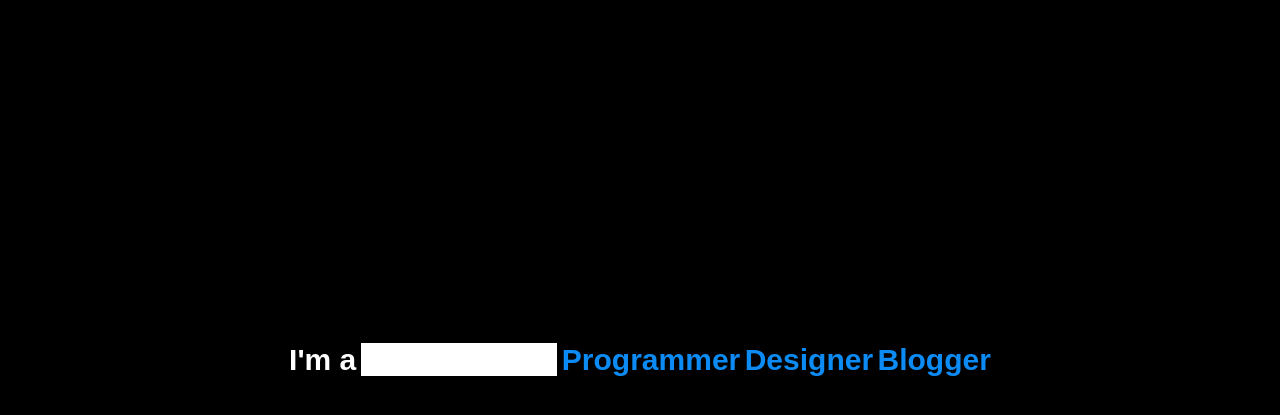
Repository: DevMike1993/Animations_HTML_CSS_JAVASCRIPT
Page: 01_Type_Text_Animation/index.html
The author's editor kept a copy of each file at every save. The page is drawn from the files as they stood at one save, then again after the next save.
The browser window is 1280 px wide. The pictures show the whole page.

Above is the page before, as saved 2023-12-03 17:47:23.

### 01_Type_Text_Animation/index.html
<!DOCTYPE html>
<html lang="en">
<head>
    <meta charset="UTF-8">
    <meta name="viewport" content="width=device-width, initial-scale=1.0">
    <link rel="stylesheet" href="style.css">
    <title>Type Text Animation</title>
</head>
<body>
    <div class="container">
        <span class="text first-text">I'm a</span>
        <span class="text second-text">Photographer</span>
        <span class="text third-text">Programmer</span>
        <span class="text fourth-text">Designer</span>
        <span class="text fifth-text">Blogger</span>
    </div>
</body>
</html>

### 01_Type_Text_Animation/style.css
* {
    margin: 0;
    padding: 0;
    box-sizing: border-box;
    font-family: "Montserrat", sans-serif;
    /* color: rgb(11, 139, 243); */
}

body {
    min-height: 100vh;
    display: flex;
    align-items: center;
    justify-content: center;
    background: #000;
}

.container .text {
    position: relative;
    color: rgb(11, 139, 243);
    font-size: 30px;
    font-weight: 600;
}

.container .text.first-text {
    color: #fff;
}

.text.second-text:before {
    content: "";
    position: absolute;
    top: 0;
    left: 0;
    height: 100%;
    width: 100%;
    background-color: #fff
    ;
}

After the next save:
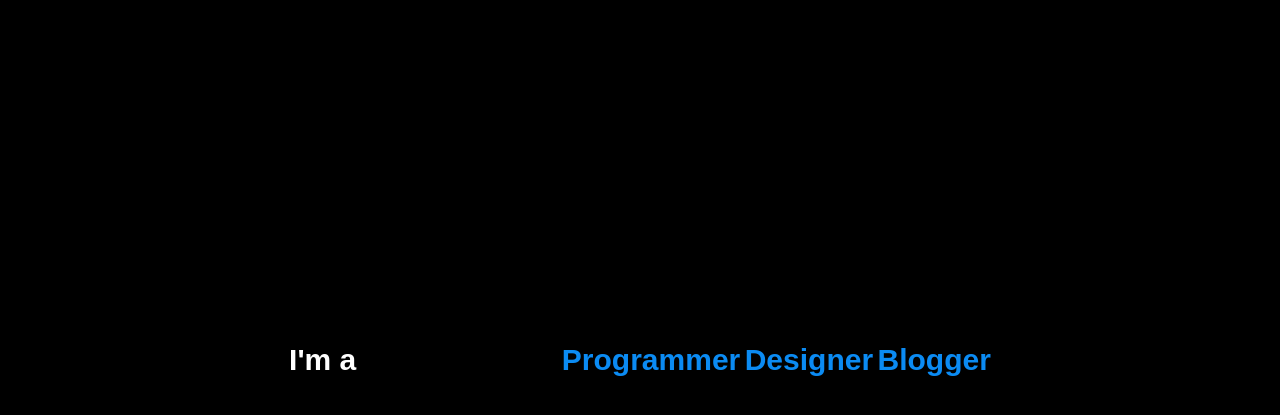
Saved 6 s later.
--- a/01_Type_Text_Animation/style.css
+++ b/01_Type_Text_Animation/style.css
@@ -32,6 +32,6 @@ body {
     left: 0;
     height: 100%;
     width: 100%;
-    background-color: #fff
+    background-color: #000
     ;
 }
